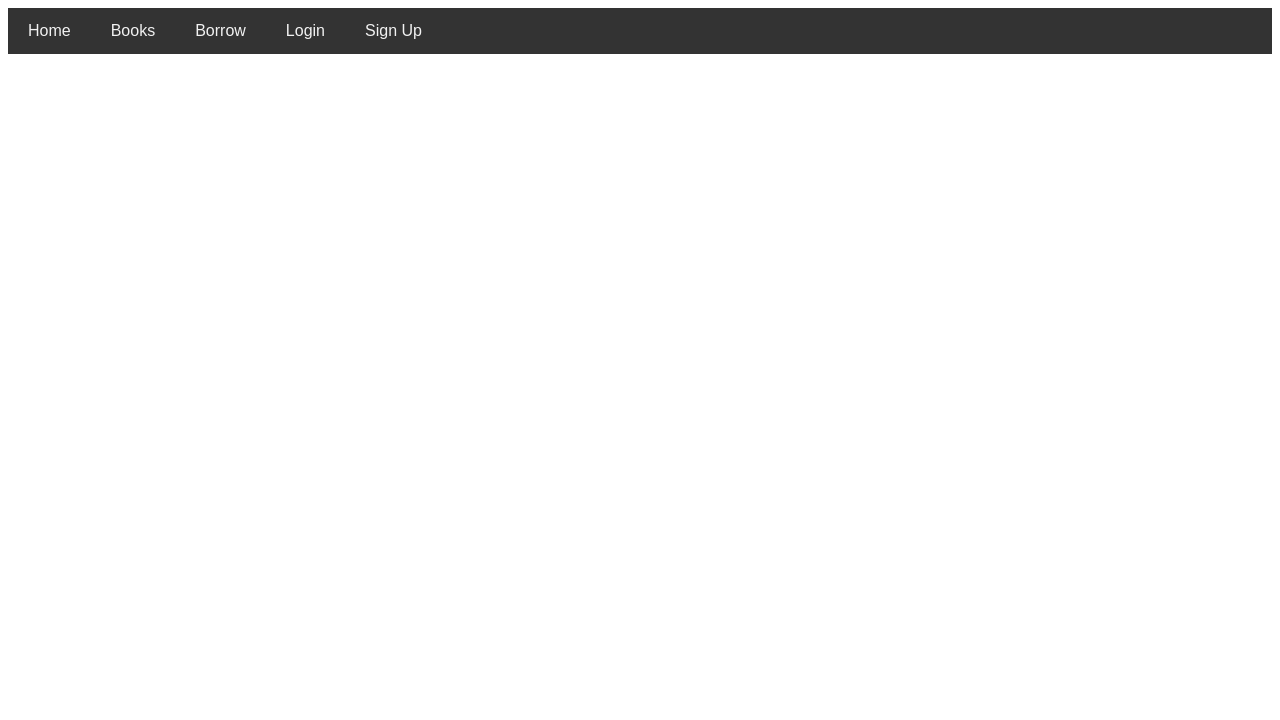
Repository: fadyesk12/Web-Technology-Course-Project
Page: auth/signup.html
An editor plug-in stored every save of this project. The page is shown before and after a run of saves, followed by the edit.
The browser window is 1280 px wide. The pictures show the whole page.

Above is the page before, as saved 2024-04-19 02:19:02.

### auth/signup.html
<!DOCTYPE html>
<html>
<head>
  <title>User Registration</title>
  <link rel="stylesheet" href="../Styling/signup.css">
</head>
<body>


  <div id="navbar">
    <a href="../index.html">Home</a>
    <a href="../book_list.html">Books</a>
    <a href="../borrow.html">Borrow</a>
    <a href="../auth/login.html">Login</a>
    <a href="../auth/signup.html">Sign Up</a>
  </div>


</body>
</html>

### Styling/signup.css
#navbar {
    overflow: hidden;
    background-color: #333;
  }

  #navbar a {
    float: left;
    display: block;
    color: #f2f2f2;
    text-align: center;
    padding: 14px 20px;
    text-decoration: none;
  }

  #navbar a:hover {
    background-color: #ddd;
    color: black;
  }

  body {
    font-family: Arial, sans-serif;
  }

  .container {
    max-width: 600px;
    margin: 50px auto;
    padding: 20px;
    border: 1px solid #ddd;
    border-radius: 5px;
    background-color: #f9f9f9;
  }

  h1, h2 {
    text-align: center;
  }

  form {
    margin-top: 20px;
  }

  label {
    display: block;
    margin-bottom: 5px;
  }

  input[type="text"],
  input[type="password"],
  input[type="email"],
  select {
    width: 100%;
    padding: 10px;
    margin-bottom: 15px;
    border: 1px solid #ccc;
    border-radius: 4px;
    box-sizing: border-box;
  }

  input[type="submit"] {
    width: 100%;
    background-color: #333;
    color: #fff;
    padding: 10px;
    border: none;
    border-radius: 4px;
    cursor: pointer;
  }

  input[type="submit"]:hover {
    background-color: #555;
  }

After the next 7 saves:
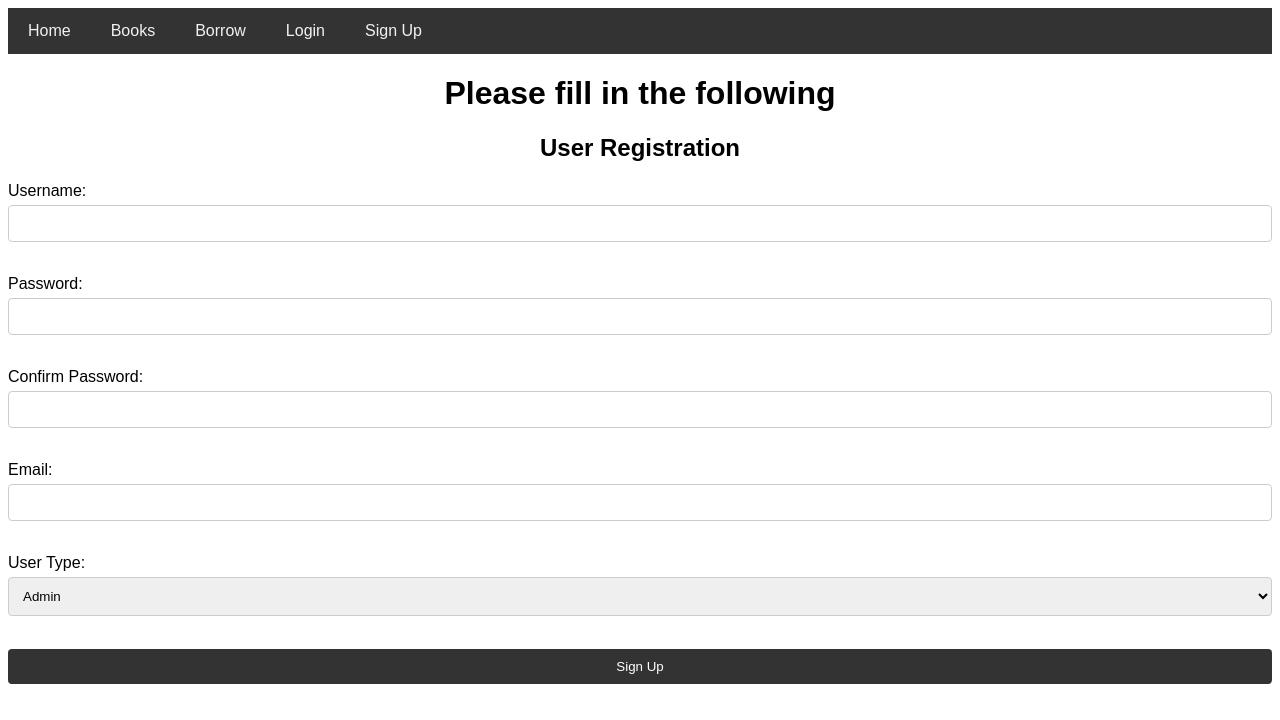
The 7 saves are shown as one change because they came seconds apart.
The last was saved 16 s later.
--- a/auth/signup.html
+++ b/auth/signup.html
@@ -15,6 +15,31 @@
     <a href="../auth/signup.html">Sign Up</a>
   </div>
 
+  <div>
+    <h1>Please fill in the following</h1>
+    <h2>User Registration</h2>
 
+    <form>
+        <label for="username">Username:</label>
+        <input type="text" id="username" name="username" required><br><br>
+
+        <label for="password">Password:</label>
+        <input type="password" id="password" name="password" required><br><br>
+
+        <label for="confirmPassword">Confirm Password:</label>
+        <input type="password" id="confirmPassword" name="confirmPassword" required><br><br>
+
+        <label for="email">Email:</label>
+        <input type="email" id="email" name="email" required><br><br>
+
+        <label for="usertype">User Type:</label>
+        <select id="usertype" name="usertype" required>
+            <option value="admin">Admin</option>
+            <option value="user">User</option>
+        </select><br><br>
+
+        <input type="submit" value="Sign Up">
+    </form>
+  </div>
 </body>
 </html>
